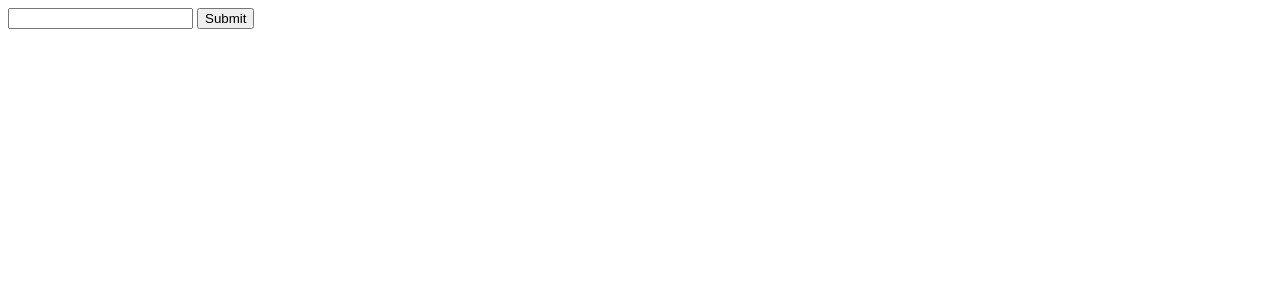
Repository: kevinfang111/417
Page: http://localhost/auction1/
These files come from the project's save history. The page is drawn as it stood at one moment and after the next save; the edit follows.
The browser window is 1280 px wide. The pictures show the whole page.
The page is served by Tomcat 9.

Above is the page before, as saved 2013-04-08 01:18:48.

After the next save:
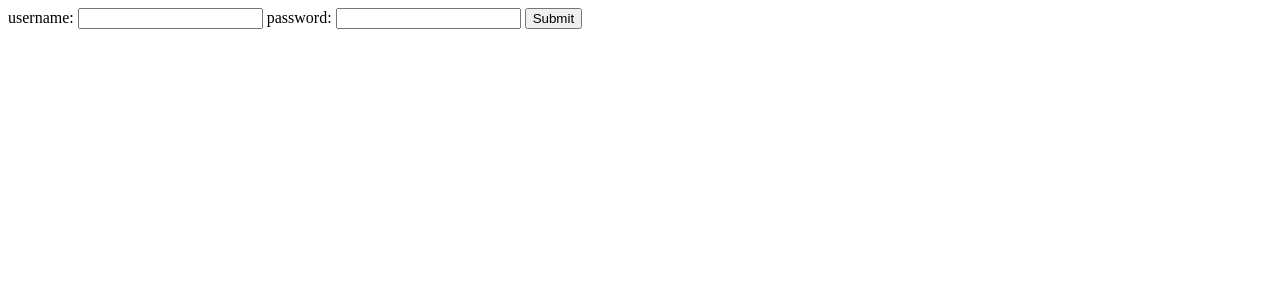
Saved 15 min 21 s later.
--- a/auction1/war/login.jsp
+++ b/auction1/war/login.jsp
@@ -8,7 +8,8 @@
 	</title>
 
 <form action ="/login" method="post" >
-      <input type="text" id="username" name="username" />
+      username: <input type="text" id="username" name="username" />
+      password: <input type="text" id="username" name="username" />
       <input type="submit" value="Submit" />
 </form>
 </html>
